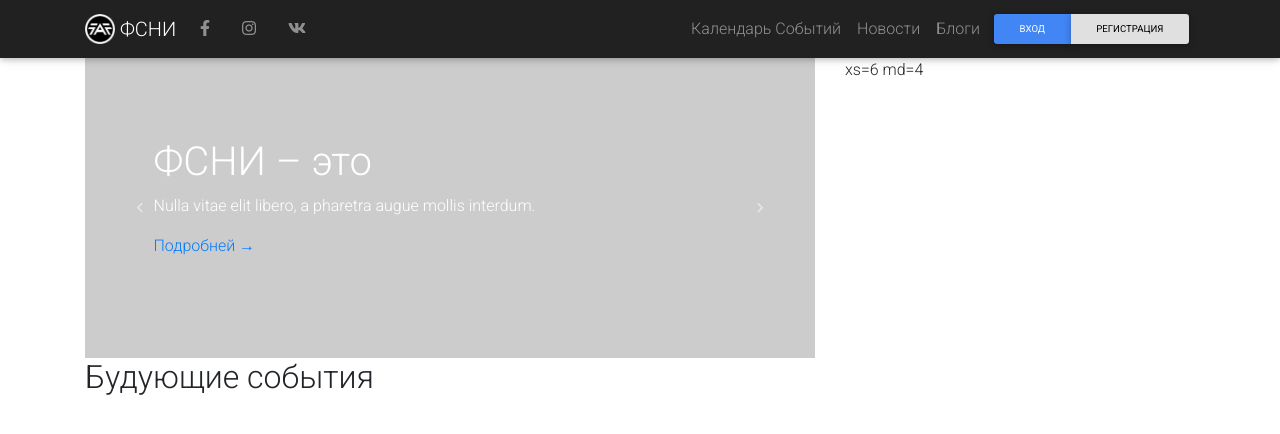
Repository: alexey1986/fsni_test
Page: /
An editor plug-in stored every save of this project. The page is shown before and after the next save, followed by the edit.
The browser window is 1280 px wide. The pictures show the whole page.
The project was rebuilt for these pictures with package versions that can differ from the ones it lists, and the page was loaded fresh each time. Also part of the build but not shown: src/pages/calendar.jsx, src/pages/news.jsx, src/pages/blogs.jsx.

Above is the page before, as saved 2020-08-29 10:18:22.

After the next save:
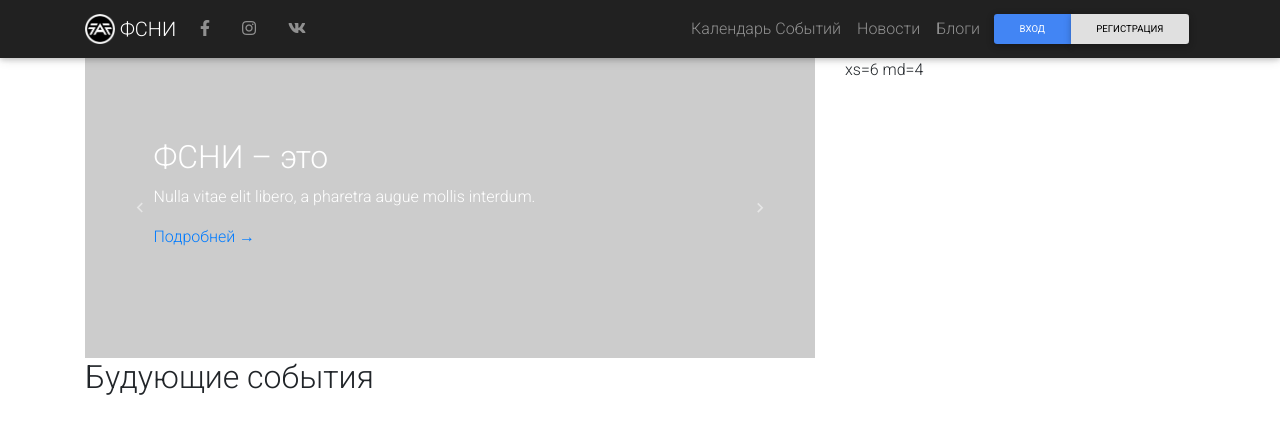
Saved 21 s later.
--- a/src/components/carousel/Carousel.jsx
+++ b/src/components/carousel/Carousel.jsx
@@ -10,7 +10,7 @@
             <Carousel indicators={false}>
                 <Carousel.Item>
                     <Carousel.Caption>
-                        <h1>ФСНИ – это </h1>
+                        <h2>ФСНИ – это </h2>
                         <p>Nulla vitae elit libero, a pharetra augue mollis interdum.</p>
                         <p>
                             <Link to='/'>Подробней &#8594;</Link>
@@ -19,7 +19,7 @@
                 </Carousel.Item>
                 <Carousel.Item>
                     <Carousel.Caption>
-                        <h1>ФСНИ – это </h1>
+                        <h2>ФСНИ – это </h2>
                         <p>Lorem ipsum dolor sit amet, consectetur adipiscing elit. Vivamus magna justo, lacinia eget consectetur sed, convallis at tellus.</p>
                         <p>
                             <Link to='/'>Подробней &#8594;</Link>
@@ -28,7 +28,7 @@
                 </Carousel.Item>
                 <Carousel.Item>
                     <Carousel.Caption>
-                        <h1>ФСНИ – это </h1>
+                        <h2>ФСНИ – это </h2>
                         <p>Lorem ipsum dolor sit amet, consectetur adipiscing elit. Vivamus magna justo, lacinia eget consectetur sed, convallis at tellus.</p>
                         <p>
                             <Link to='/'>Подробней &#8594;</Link>
